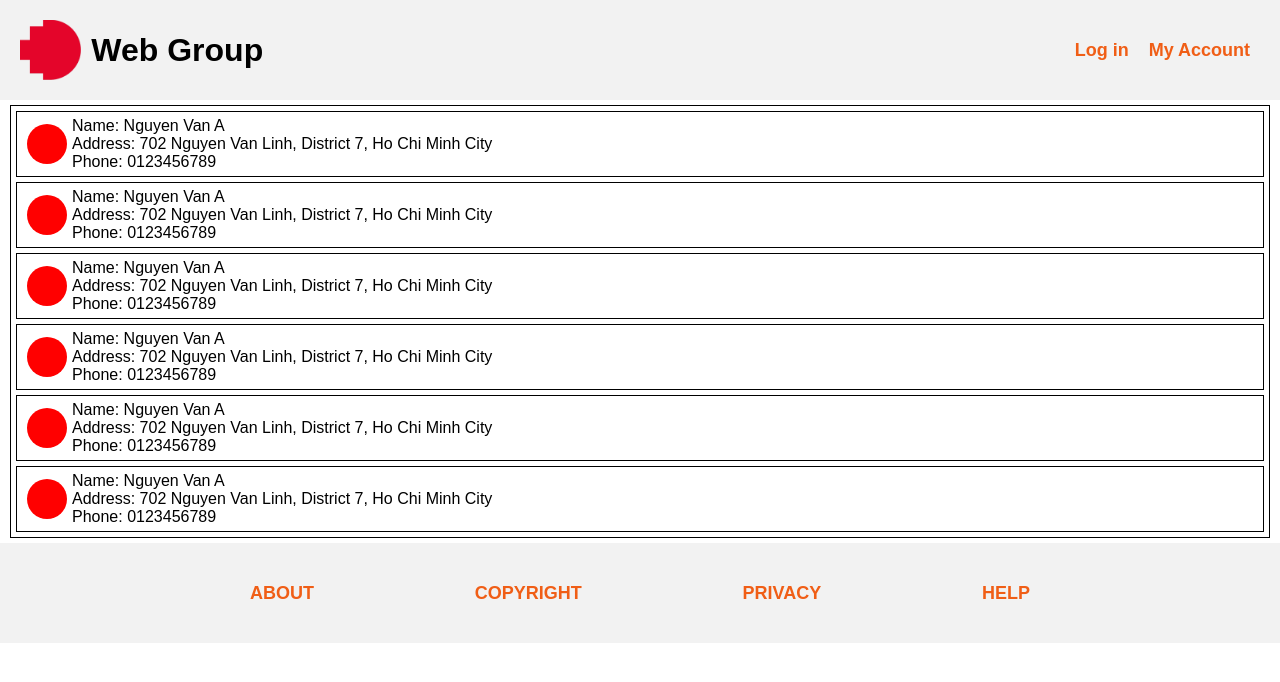
Repository: quynguyn/shoopingweb
Page: shipper.html
An editor plug-in stored every save of this project. The page is shown before and after a run of saves, followed by the edit.
The browser window is 1280 px wide. The pictures show the whole page.

Above is the page before, as saved 2023-05-04 16:00:50.

After the next 2 saves:
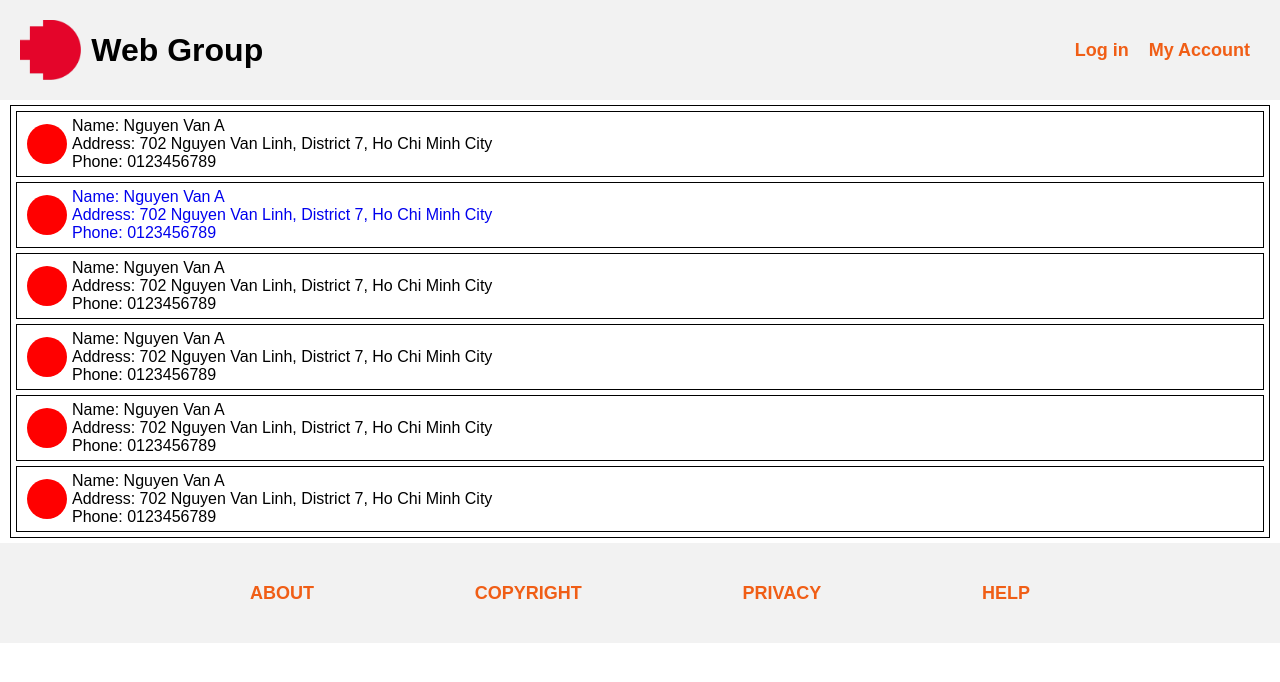
The 2 saves are shown as one change because they came seconds apart.
The last was saved 16 s later.
--- a/shipper.html
+++ b/shipper.html
@@ -51,7 +51,7 @@
 				</div>
 			</div>
 
-			<a class="order">
+			<a href="#" class="order">
 				<div class="activity">
 					<svg height="50" width="50">
 						<circle cx="25" cy="25" r="20" fill="red" />
